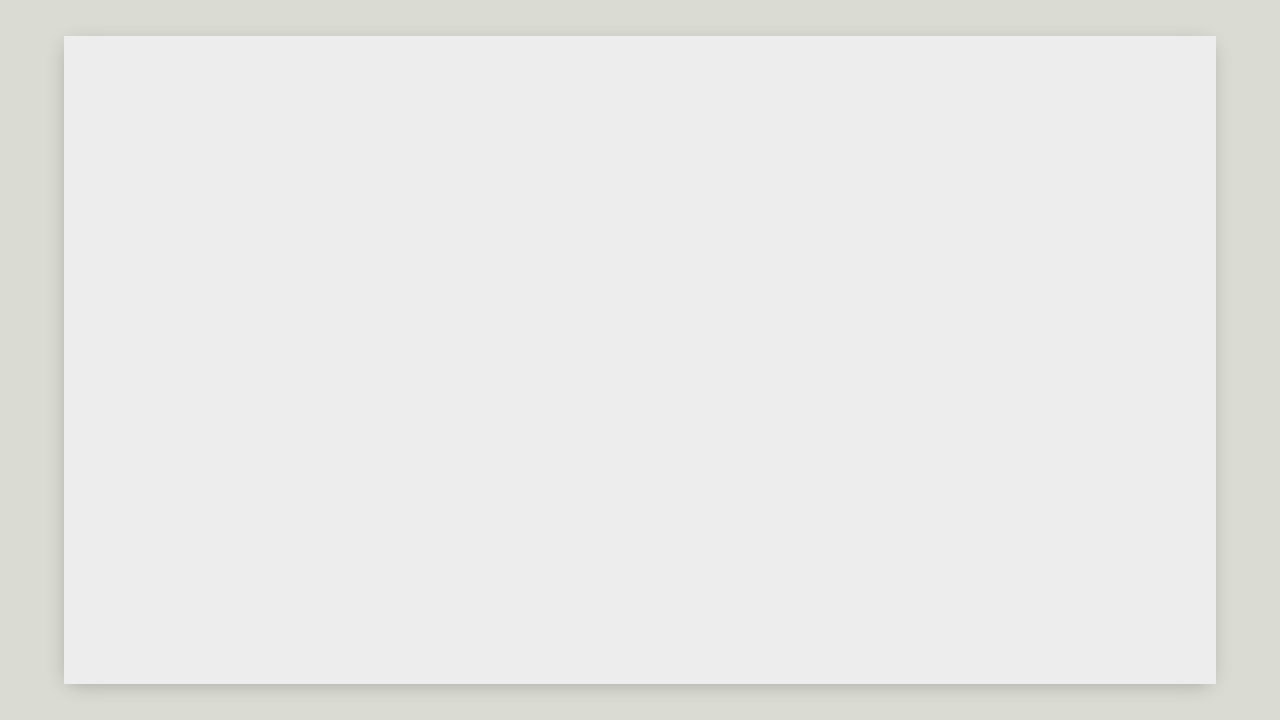
Repository: Prafullkuma/whatsappclon
Page: /
The author's editor kept a copy of each file at every save. The page is drawn from the files as they stood at one save, then again after the next save.
The browser window is 1280 px wide. The pictures show the whole page.
The project was rebuilt for these pictures with package versions that can differ from the ones it lists, and the page was loaded fresh each time.

Above is the page before, as saved 2020-08-19 11:36:49.

### src/App.js
import React from 'react';
import './App.css';
import Sidebar from './Component/Sidebar'
function App() {
  return (
    <div className="app">
      <div className="app__body">
        <Sidebar />
      </div>
    </div>
  );
}

export default App;

### src/App.css
.app{
  background-color: #dadbd3;
  height: 100vh;
  display: grid;
  place-items: center;
}
.app__body{
  display: flex;
  height: 90vh;
  width: 90vw;
  background-color: #ededed;
  box-shadow: -1px 4px 20px -6px rgba(0, 0, 0, 0.3);
}

### src/Component/Sidebar.js
import React from 'react'

function Slidebar() {
    return (
        <div className="sidebar">
            <div className="sidebar_header">

            </div>
            <div className="sidebar_search">

            </div>
            <div className="sidebar_chat">

            </div>
        </div >
    )
}

export default Slidebar

Loaded but not shown: public/index.html (common file); src/index.js (common file); src/index.css (common file)

After the next save:
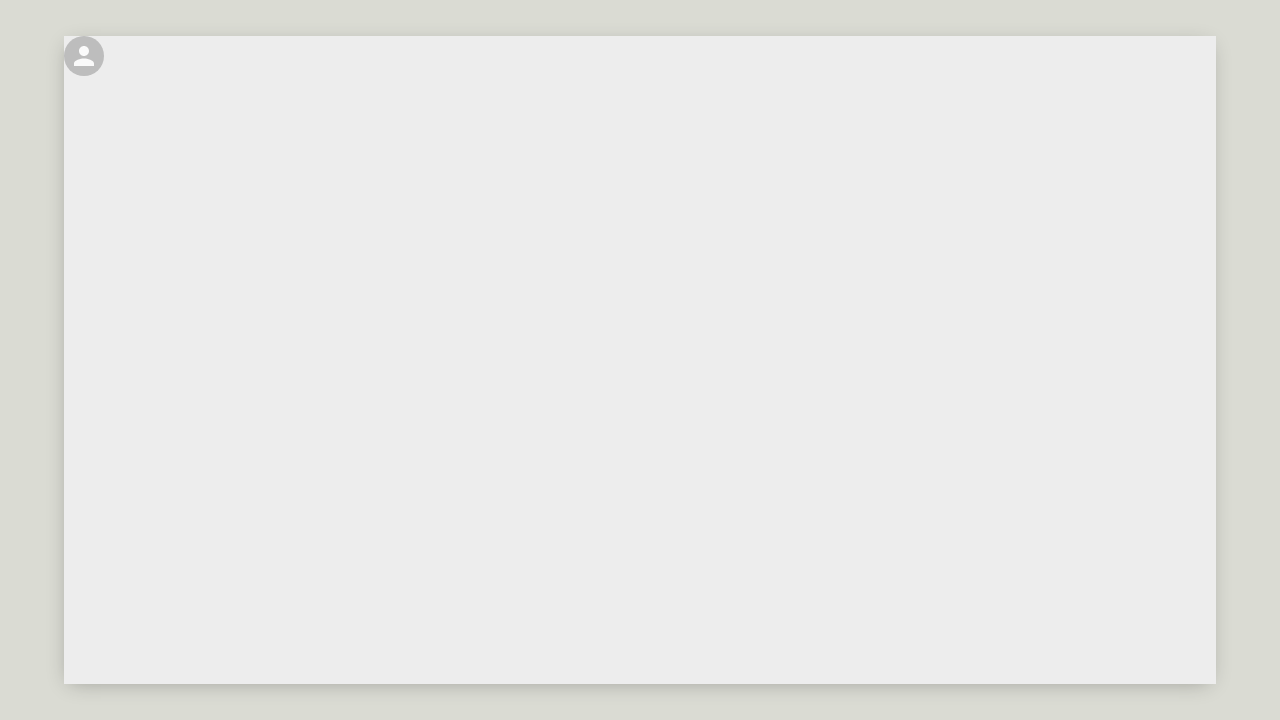
Saved 100 s later.
--- a/src/Component/Sidebar.js
+++ b/src/Component/Sidebar.js
@@ -1,10 +1,10 @@
 import React from 'react'
-
+import { Avatar } from '@material-ui/core';
 function Slidebar() {
     return (
         <div className="sidebar">
             <div className="sidebar_header">
-
+                <Avatar />
             </div>
             <div className="sidebar_search">
 
